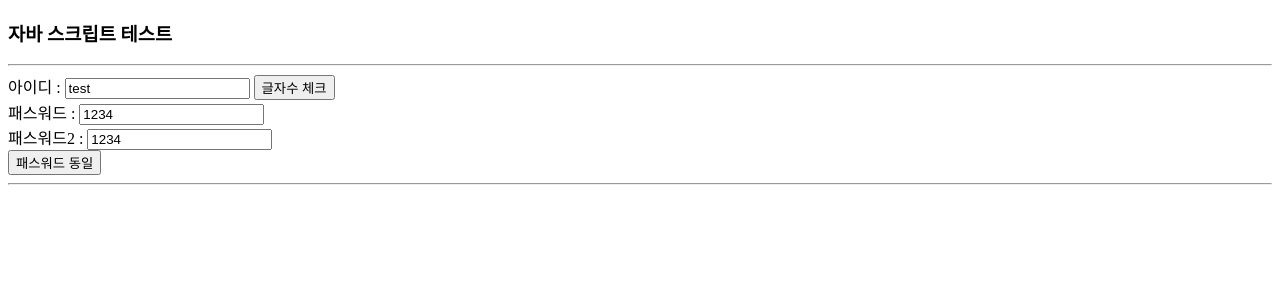
Repository: songhyeonjun/java
Page: http://localhost/spring04/js1.jsp
An editor plug-in stored every save of this project. The page is shown before and after the next save, followed by the edit.
The browser window is 1280 px wide. The pictures show the whole page.
The page is served by Tomcat 9.

Above is the page before, as saved 2022-02-17 02:04:26.

After the next save:
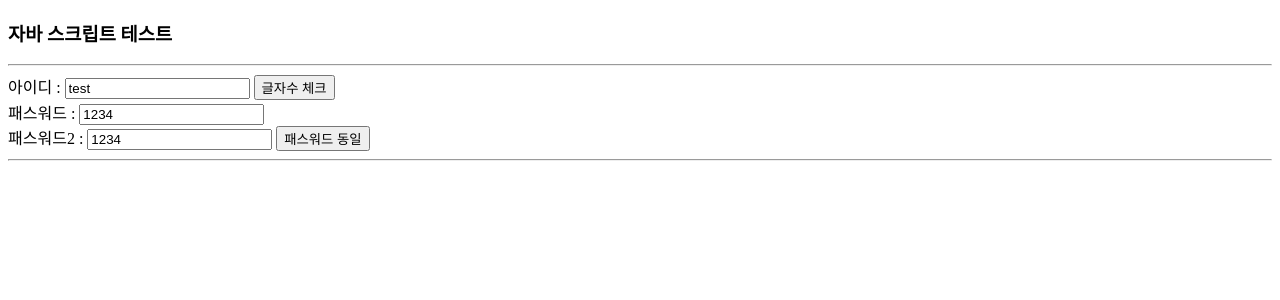
Saved 14 s later.
--- a/spring04/src/main/webapp/js1.jsp
+++ b/spring04/src/main/webapp/js1.jsp
@@ -34,7 +34,7 @@ function pwCheck() {
 아이디 : <input name="id" id="id" value="test">
 <button onclick="idCheck()">글자수 체크</button><br>
 패스워드 : <input name="pw1" id="pw1" value="1234"><br>
-패스워드2 : <input name="pw2" pw="pw2" value="1234"><br>
+패스워드2 : <input name="pw2" pw="pw2" value="1234">
 <button onclick="pwCheck()">패스워드 동일</button>
 <hr>
 <div id="result">
